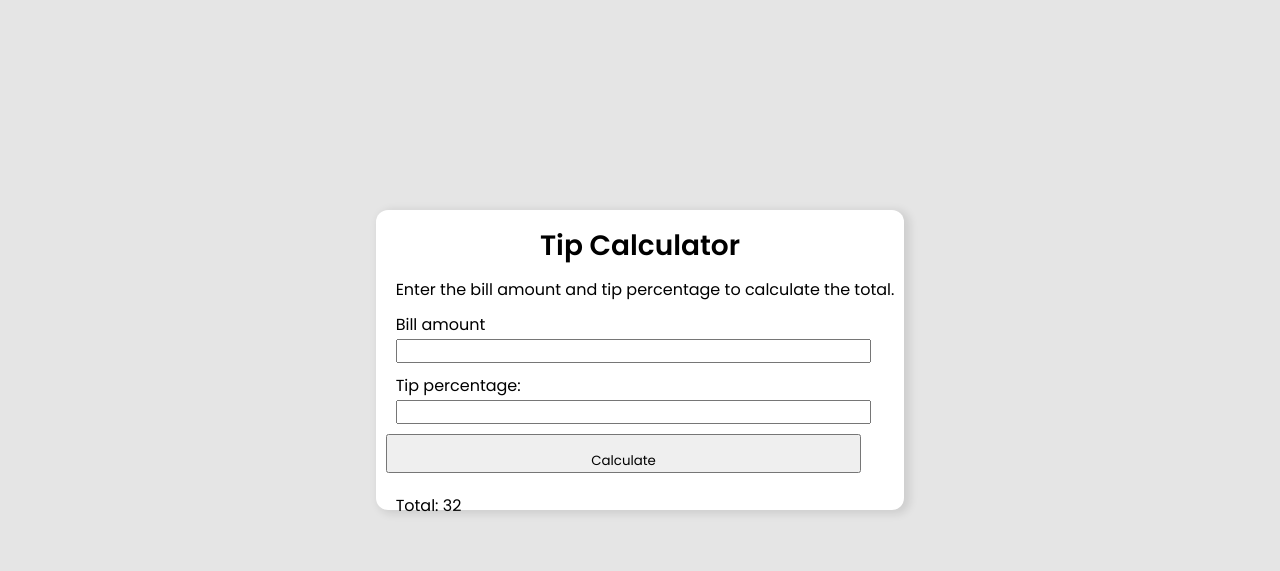
Repository: Ankitkr2021/Tip-Calculator
Page: index.html
These files come from the project's save history. The page is drawn as it stood at one moment and after the next save; the edit follows.
The browser window is 1280 px wide. The pictures show the whole page.

Above is the page before, as saved 2025-10-27 10:54:45.

After the next save:
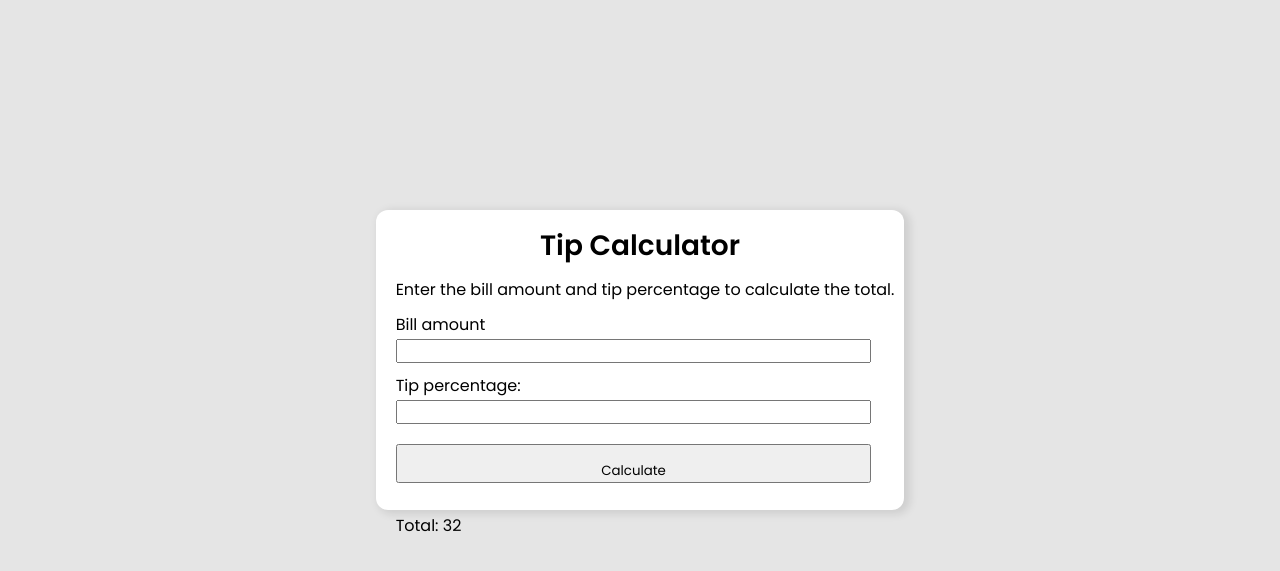
Saved 4 s later.
--- a/style.css
+++ b/style.css
@@ -44,5 +44,5 @@ input {
 button {
     padding: 15px 0 0 0;
     width: 90%;
-    margin: 10px;
+    margin: 20px;
 }
